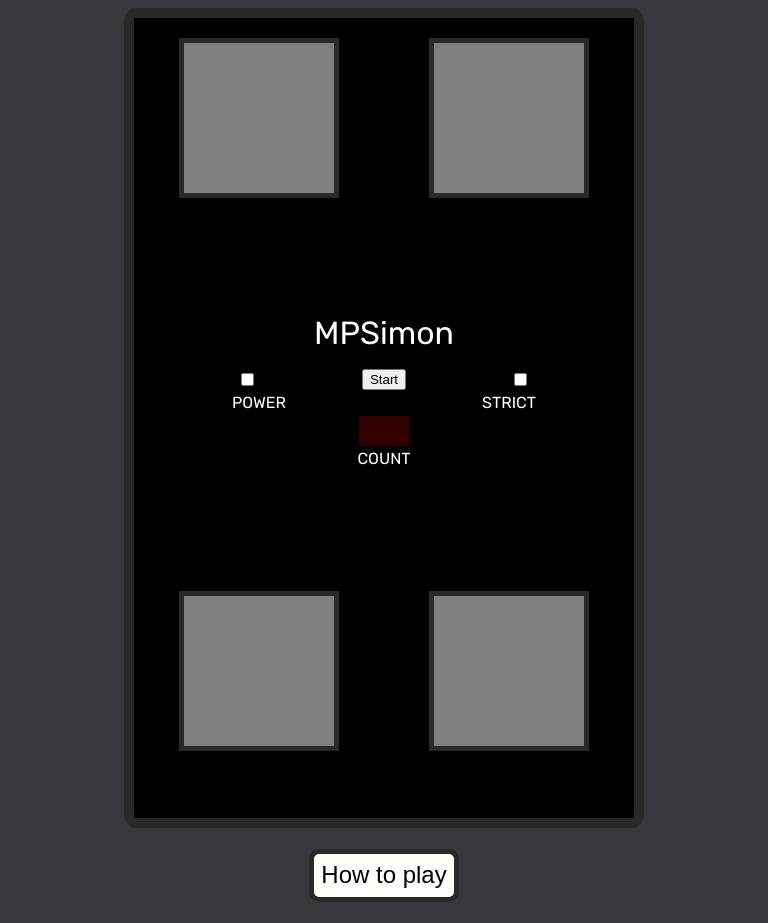
Repository: Neilfoster/MPSimon
Page: index.html
The author's editor kept a record of every edit. The page is drawn from the files as they stood at one moment, then again after the next edit.
The browser window is 768 px wide. The pictures show the whole page.

Above is the page before.

### index.html
<!DOCTYPE html>

<html>

<head>
    <meta charset="UTF-8">
    <meta http-equiv="X-UA-Compatible" content="IE=edge,chrome=1">
    <meta name="viewport" content="width=device-width,initial-scale=1">
    <link href="https://fonts.googleapis.com/css?family=Rubik&display=swap" rel="stylesheet">
    <title>MPSimon</title>
    <link rel="stylesheet" href="css/style.css">
    <audio id="clip1">
      <source src="audio/hat.mp3"></source>
    </audio>
    <audio id="clip2">
      <source src="audio/kick.mp3"></source>
    </audio>
    <audio id="clip3">
      <source src="audio/snare1.mp3"></source>
    </audio>
    <audio id="clip4">
      <source src="audio/snare2.mp3"></source>
    </audio>
</head>

<body>
    <div class="header">
        <h2 class="head-title">MPSimon</h2>
        <p>The MPSimon game is a take on the Simon game and the iconic MPC drum
        machine in which players must repeat random sequences of lights and drum
        samples by pressing the drum pads in the correct order. It's fast-paced
        play, with lights and sounds that can challenge you. </p>
    </div>
    <div id="outer-box">
        <div id="top-row">
            <div id="top-left"></div>
            <div id="top-right"></div>
        </div>
        <div id="inner-box">
            <div id="title" class="text-effect">MPSimon</div>
            <div id="switches">
                <input type="checkbox" class="toggle" id="on">
                <button type="button" id="start">Start</button>
                <input type="checkbox" class="toggle" id="strict">
            </div>
            <div class="text1">
                <span>POWER</span>
                <span>STRICT</span>
            </div>
            <div id="turn"></div>
            <div class="text2">
                COUNT
            </div>
        </div>
        <div id="bottom-row">
            <div id="bottom-left"></div>
            <div id="bottom-right"></div>
        </div>
    </div>

    <div class="rules">
        <button id="modalBtn" class="button">How to play</button>
        <div id="ruleModal" class="modal">
            <div class="modal-content">
                <div class="modal-header">
                    <span class="closeBtn">&times;</span>
                    <h2>How To Play</h2>
                </div>
                <div class="modal-body">
                    <ul>
                        <li>Turn the game on by selecting the power button and then pressing start.</li>
                        <li>MPSimon will give the first signal.</li>
                        <li>Repeat the signal by pressing the same pad.</li>
                        <li>MPSIMON will duplicate the first sound and will add one.</li>
                        <li>Repeat these two sounds by pressing the same pads.</li>
                        <li>MPSIMON will duplicate these first two sounds and add one.</li>
                        <li>Continue in this manner as long as you can repeat each sequence of sound correctly.</li>
                        <li>If you cannot repeat the sequence correctly , MPSIMON will repeat the sequence again until you can.</li>
                        <li>Selecting STRICT mode resets the pattern to the beginning if you get the sequence wrong.</li>
                        <li>To win the game repeat the sequence until it reaches 20 consecutive sounds.</li>
                    </ul>
                </div>
            </div>
        </div>
    </div>
    <script src="js/index.js"></script>
</body>

</html>

### css/style.css
body {
  color:white;
  font-family: 'Rubik', sans-serif;
  line-height: 1.6;
  /*background-image: url("../images/image-2.jpg");*/
  background-color:#37373c;
  background-position: center;
  background-repeat: no-repeat;
  background-size: cover;
}
.header{
  margin:2% 20%;
  padding: 0 5% 1% 5% ;
  border-radius: 10px;
  background: rgba(0,0,0,0.7);
}
.head-title{
  text-align:center;
  font-size:2rem;
  font-family: 'Rubik', sans-serif;
}
#outer-box {
  border: 10px solid #292929 ;
  border-radius: 2%;
  height:550px;
  width:550px;
  margin: auto;
  background-color: black
}
#top-row{
  display: flex;
  flex-direction: row;
  justify-content: space-around;
  margin-top:20px;
}
#bottom-row{
  display: flex;
  flex-direction: row;
  justify-content: space-around;
  margin-top:20px;
}
#inner-box{
  display: flex;
  flex-direction: column;
  justify-content: center;
}
#switches{
  display: flex;
  flex-direction: row;
  justify-content: center;
  }
#top-left {
  border:5px solid #292929;
  height:150px;
  width: 150px;
  background-color: grey;
}
#top-right {
  border: 5px solid #292929;
  height:150px;
  width: 150px;
  background-color: grey;
}
#bottom-left {
  border:5px solid #292929;
  height:150px;
  width: 150px;
  background-color: grey;
}
#bottom-right {
  border: 5px solid #292929;
  height:150px;
  width: 150px;
  background-color: grey;
}
#title {
  display: flex;
  flex-direction: row;
  justify-content: center;
  font-size: 2rem;
  padding: 10px 5px;
}
#turn {
  background: #330000;
  color: red;
  font-family: courier;
  font-size: 20px;
  height: 30px;
  width: 50px;
  text-align: center;
  vertical-align: middle;
  line-height: 30px;
  margin: auto;
}
.toggle {
  margin: auto;
}
.text1 {
  margin: 0;
  display: flex;
  flex-direction: row;
  justify-content: space-around;
  align-items: baseline;
}
.text2 {
  margin: auto;
}
.rules {
  padding: 0px 20px;
}

/*Button*/
.button {
  background-color:#fffffc;
 margin: 3% auto;
  font-size: 1.5rem;
  padding:1%;
  color: #000;
  border-radius:10px;
  display: block;
  text-align: center;
  border:5px solid #292929;
  }
.button:hover{
  background:#333;
}

/*modal*/
.modal{
  display: none;
  position: fixed;
  z-index: 1;
  left:0;top:0;
  height: 100%;
  width:100%;
  overflow: auto;
  background-color: rgba(0,0,0,0.7);
}
.modal-content{
  background-color: #f4f4f4;
  margin: 20% auto;
  color:black;
  width:60%;
  box-shadow: 0 5px 8px 0 rgba(0,0,0,0.2),
              0 7px 20px 0 rgba(0,0,0,0.2);
  animation-name: modalopen;
  animation-duration: 1s;
}
.modal-header{
  background:#37373c;
  padding:15px;
  color:#fff;
  text-align: center;
}
.modal-body{
  padding: 10px 20px;
}
.closeBtn{
  color: #fff;
  float:right;
  font-size:30px;
}
.closeBtn:hover,.closeBtn:focus{
  color:#000;
  text-decoration:none;
  cursor:pointer;
}
.rules {
  font-family: 'Merriweather', serif;
  font-size:1.2rem;
  display: block;
}

@keyframes modalopen{
  from{ opacity: 0}
  to {opacity: 1}
}


@media only screen and (max-width: 768px) {
  #outer-box {
  border: 10px solid #292929 ;
  border-radius: 2%;
  height:800px;
  width:500px;
  margin: auto;
  background-color: black
}
#inner-box{
  padding:20% 0;
}
.header {
  display:none;
}
}

### js/index.js
//variables
let order = [] ;
let playerOrder = [] ;
let flash ;
let turn ;
let good ;
let compTurn ;
let intervalID ;
let strict = false ;
let noise = true ;
let on = false ;
let win ;

const turnCounter = document.getElementById("turn");
const topLeft = document.getElementById("top-left");
const topRight = document.getElementById("top-right");
const bottomLeft = document.getElementById("bottom-left");
const bottomRight = document.getElementById("bottom-right");
const strictButton = document.getElementById("strict");
const onButton = document.getElementById("on");
const startButton = document.getElementById("start");
// Strick mode setting
strictButton.addEventListener('click', (event) => {
  if (strictButton.checked == true) {
    strict = true;
  } else {
    strict = false;
  }
});
// Counter
onButton.addEventListener('click', (event) => {
  if (onButton.checked == true) {
    on = true;
    turnCounter.innerHTML = "-";
  } else {
    on = false;
    turnCounter.innerHTML = "";
    clearColor();
    clearInterval(intervalId);
  }
});
//Start Button
startButton.addEventListener('click', (event) => {
  if (on || win) {
    play();
  }
});
// Gameplay function
function play() {
  win = false;
  order = [];
  playerOrder = [];
  flash = 0;
  intervalId = 0;
  turn = 1;
  turnCounter.innerHTML = 1;
  good = true;
  for (var i = 0; i < 20; i++) {
    order.push(Math.floor(Math.random() * 4) + 1);
  }
  compTurn = true;
  intervalId = setInterval(gameTurn, 800);
}

function gameTurn() {
  on = false;

  if (flash == turn) {
    clearInterval(intervalId);
    compTurn = false;
    clearColor();
    on = true;
  }

  if (compTurn) {
    clearColor();
    setTimeout(() => {
      if (order[flash] == 1) one();
      if (order[flash] == 2) two();
      if (order[flash] == 3) three();
      if (order[flash] == 4) four();
      flash++;
    }, 200);
  }
}
//pads
function one (){
  if (noise) {
    let audio = document.getElementById('clip1');
    audio.play();
  }
  noise = true;
  topLeft.style.backgroundColor = "#63a785";
}

function two (){
  if (noise) {
    let audio = document.getElementById('clip2');
    audio.play();
  }
  noise = true;
  topRight.style.backgroundColor = "#a76b6b";
}

function three (){
  if (noise) {
    let audio = document.getElementById('clip3');
    audio.play();
  }
  noise = true;
  bottomLeft.style.backgroundColor = "#9da76b";
}

function four (){
  if (noise) {
    let audio = document.getElementById('clip4');
    audio.play();
  }
  noise = true;
  bottomRight.style.backgroundColor = "#6c6ba7";
}

 function clearColor() {
   topLeft.style.backgroundColor = "grey";
   topRight.style.backgroundColor = "grey";
   bottomRight.style.backgroundColor = "grey";
   bottomLeft.style.backgroundColor = "grey";
}
function flashColor() {
  topLeft.style.backgroundColor = "#63a785";
  topRight.style.backgroundColor = "#a76b6b";
  bottomRight.style.backgroundColor = "#9da76b";
  bottomLeft.style.backgroundColor = "#6c6ba7";
}
//Clear flash on pads
topLeft.addEventListener('click', (event) => {
  if (on) {
    playerOrder.push(1);
    check();
    one();
    if(!win) {
      setTimeout(() => {
        clearColor();
      }, 300);
    }
  }
})

topRight.addEventListener('click', (event) => {
  if (on) {
    playerOrder.push(2);
    check();
    two();
    if(!win) {
      setTimeout(() => {
        clearColor();
      }, 300);
    }
  }
})

bottomLeft.addEventListener('click', (event) => {
  if (on) {
    playerOrder.push(3);
    check();
    three();
    if(!win) {
      setTimeout(() => {
        clearColor();
      }, 300);
    }
  }
})

bottomRight.addEventListener('click', (event) => {
  if (on) {
    playerOrder.push(4);
    check();
    four();
    if(!win) {
      setTimeout(() => {
        clearColor();
      }, 300);
    }
  }
})
// Function to check if order correct
function check() {
  if (playerOrder[playerOrder.length - 1] !== order[playerOrder.length - 1])
    good = false;

  if (playerOrder.length ==20 && good) {
    winGame();
  }

  if (good == false) {
    flashColor();
    turnCounter.innerHTML = "NO!";
    setTimeout(() => {
      turnCounter.innerHTML = turn;
      clearColor();
// Strict mode
      if (strict) {
        play();
      } else {
        compTurn = true;
        flash = 0;
        playerOrder = [];
        good = true;
        intervalId = setInterval(gameTurn, 800);
      }
    }, 800);

    noise = false;
  }

  if (turn == playerOrder.length && good && !win) {
    turn++;
    playerOrder = [];
    compTurn = true;
    flash = 0;
    turnCounter.innerHTML = turn;
    intervalId = setInterval(gameTurn, 800);
  }

}
// Function for winning game
function winGame() {
  flashColor();
  turnCounter.innerHTML = "WIN!";
  on = false;
  win = true;
}

////Modal

// Get Modal Element
let modal = document.getElementById("ruleModal");
// Get open modal button
let modalBtn = document.getElementById("modalBtn");
// get close button
let closeBtn = document.getElementsByClassName("closeBtn")[0];

//Listen for  open click
modalBtn.addEventListener('click',openModal);
//Listen for close click
closeBtn.addEventListener('click',closeModal);
//Listen for outside click
window.addEventListener('click', clickOutside)
// Function to open modal
function openModal(){
  modal.style.display = 'block' ;
}
// Function to close modal
function closeModal(){
  modal.style.display = 'none' ;
}
// Function to close modal if outside click
function clickOutside(e){
  if(e.target == modal){
  modal.style.display = 'none' ;
  }
}

After the next edit:
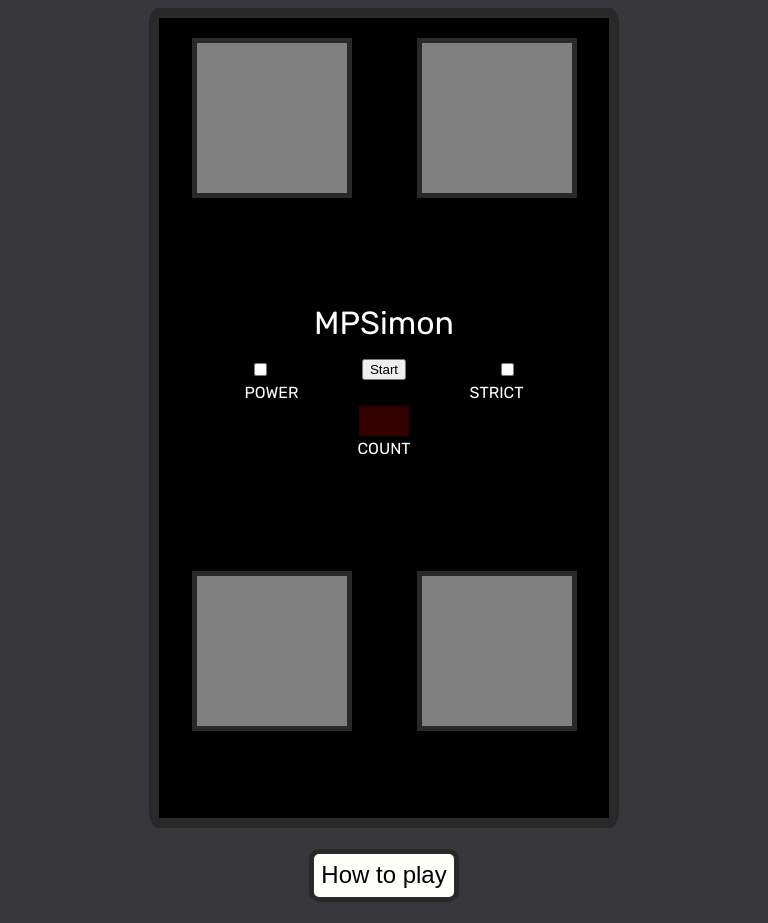
The edit:
--- a/css/style.css
+++ b/css/style.css
@@ -182,7 +182,7 @@
   border: 10px solid #292929 ;
   border-radius: 2%;
   height:800px;
-  width:500px;
+  width:450px;
   margin: auto;
   background-color: black
 }
